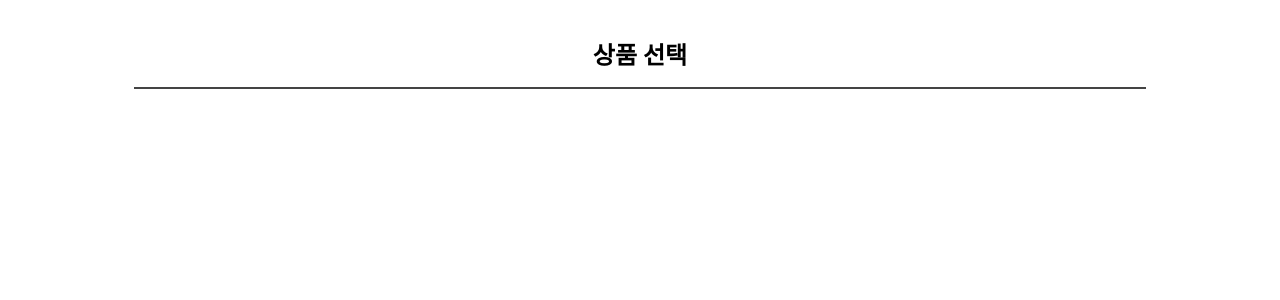
Repository: taiseidesu97/space_jspworks
Page: http://localhost/jweb0/cart/loginForm.jsp
An editor plug-in stored every save of this project. The page is shown before and after the next save, followed by the edit.
The browser window is 1280 px wide. The pictures show the whole page.
The page is served by Tomcat 10.

Above is the page before, as saved 2025-10-13 03:15:00.

After the next save:
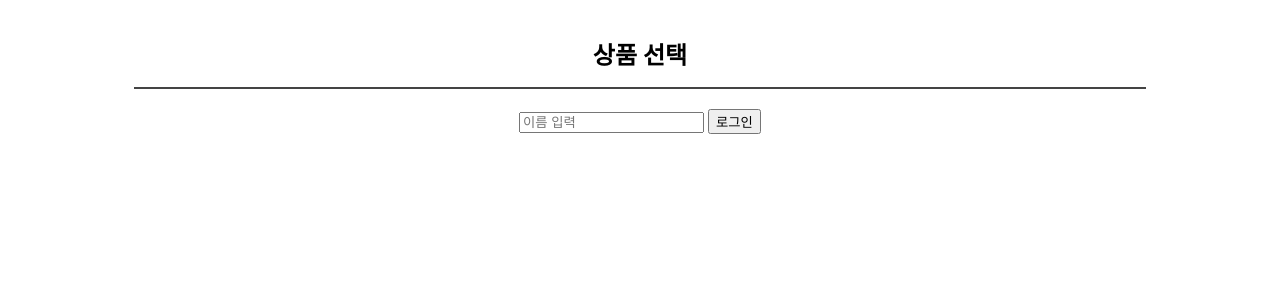
Saved 92 s later.
--- a/jweb0/src/main/webapp/cart/loginForm.jsp
+++ b/jweb0/src/main/webapp/cart/loginForm.jsp
@@ -13,12 +13,12 @@
 <body>
 <section id="container">
 <h2>상품 선택</h2>
-<!-- <form action="selProduct.jsp" method="post">
+<form action="selProduct.jsp" method="post">
 <p>
 <input type="text" name="username" placeholder="이름 입력">
 <input type="submit" value="로그인">
 </p>
-</form> -->
+</form>
 </section>
 
 </body>
